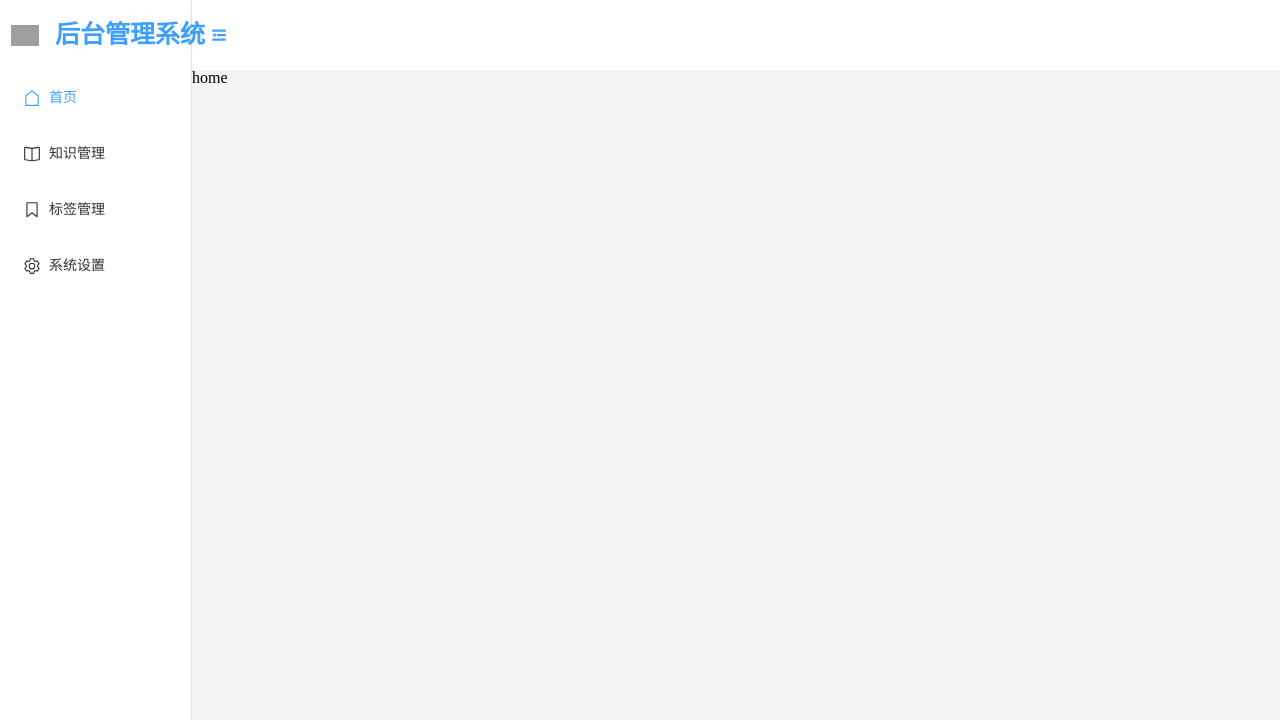
Repository: serrrN/admin
Page: /
An editor plug-in stored every save of this project. The page is shown before and after the next save, followed by the edit.
The browser window is 1280 px wide. The pictures show the whole page.
Pictures or frames that could not be fetched are drawn as grey boxes. The project was rebuilt for these pictures with package versions that can differ from the ones it lists, and the page was loaded fresh each time. Also part of the build but not shown: vite.config.ts, src/styles/index.scss.

Above is the page before, as saved 2024-06-05 17:19:40.

### src/main.ts
import { createApp } from 'vue'
import App from './App.vue'
import ElementPlus from 'element-plus'
import zhCn from 'element-plus/es/locale/lang/zh-cn'
import * as ElementPlusIconsVue from '@element-plus/icons-vue'
import router from './router'
import 'reset-css'
import './styles/index.scss'
import pinia from '@/store/index'
const app = createApp(App)
for (const [key, component] of Object.entries(ElementPlusIconsVue)) {
  app.component(key, component)
}
app.use(pinia)
app.use(ElementPlus, { locale: zhCn })
app.use(router)
app.mount('#app')

### src/App.vue
<script setup lang="ts"></script>

<template>
  <router-view></router-view>
</template>

<style>
* {
  box-sizing: border-box;
}
#app,
html,
body {
  width: 100%;
  height: 100%;
}
</style>

### src/router/index.ts
import { createRouter, createWebHistory } from 'vue-router'
import routes from './routes'
const router = createRouter({
  history: createWebHistory(),
  routes,
})
export default router

### src/router/routes.ts
const routes = [
  {
    path: '/',
    name: 'home',
    redirect: '/home',
    component: () => import('@/layout/index.vue'),
    children: [
      {
        path: '/home',
        component: () => import('@/views/home/index.vue'),
      },
      {
        path: '/knowledgeManage',
        component: () => import('@/views/knowledgeManage/index.vue'),
      },
      {
        path: '/tagManage',
        component: () => import('@/views/tagManage/index.vue'),
      },
      {
        path: "/systemSetting",
        component:()=>import("@/views/systemSetting/index.vue")
      }
    ],
  },
]

export default routes

### src/styles/variable.scss
//主题色
$theme-color:rgb(64, 158, 255);

// 布局容器左边宽度
$layout-container-left-max-width:15%;

// 布局容器左边塌陷后宽度
$layout-container-left-min-width:3.79%;

// 布局容器头部高度
$layout-container-header-height:70px;

### src/layout/index.vue
<template>
  <div class="layout-container">
    <div :class="systemStore.isCollapse?'left left-collapse':'left'" >
      <Menu />
    </div>
    <div :class="systemStore.isCollapse?'right right-collapse':'right'">
      <div class="header"><Header /></div>
      <div class="main"><Main/></div>
    </div>
  </div>
</template>

<script lang="ts" setup>
import Menu from './menu/index.vue'
import Header from './header/index.vue'
import Main from './main/index.vue'

import {useSystemStore} from "@/store/modules/system"
const systemStore = useSystemStore()
</script>

<style scoped lang="scss">
.layout-container {
  width: 100%;
  height: 100%;
  display: flex;
  background-color: #f3f3f3;
  .left {
    height: 100%;
    width: $layout-container-left-max-width;
    transition: all linear 0.5s;
  }
  .left-collapse{
    width:$layout-container-left-min-width;
  }
  .right {
    width: calc(100% - $layout-container-left-max-width);
    transition: all linear 0.5s;
    .header {
      width: 100%;
      height: $layout-container-header-height;
      display: flex;
      justify-content:flex-end;
      background-color: white;
    }
    .main {
      height: calc(100% - $layout-container-header-height);
      width: calc(100%);
    }
  }
  .right-collapse{
    width:calc(100% - $layout-container-left-min-width);
  }

}
</style>

### src/views/home/index.vue
<template>
home
</template>
<script setup lang="ts">

</script>
<style lang="scss" scoped>

</style>

### src/layout/menu/index.vue
<template>
  <el-menu
    default-active="home"
    :class="systemStore.isCollapse?'el-menu-vertical-collapse':'el-menu-vertical'"
    :collapse="systemStore.isCollapse"
    :router="true"
    collapse-transition
    @open="handleOpen"
    @close="handleClose"
  >
    <div class="header">
      <div class="manage-msg" v-show="!systemStore.isCollapse">
        <div class="logo-wrapped">
          <img src="/vite.svg" class="logo" alt="Vite logo" />
        </div>
        <div class="name">后台管理系统</div>
      </div>
      <div class="fold-icon-wrapped" @click="handleCollapse">
        <el-icon size="18" color="rgb(64, 158, 255)">
          <component :is="systemStore.isCollapse?'Expand':'Fold'"></component>
        </el-icon>
      </div>
    </div>

    <el-menu-item index="home">
      <el-icon><House /></el-icon>
      <template #title>首页</template>
    </el-menu-item>
    <el-menu-item index="knowledgeManage">
      <el-icon><reading /></el-icon>
      <template #title>知识管理</template>
    </el-menu-item>
    <el-menu-item index="tagManage">
      <el-icon><CollectionTag /></el-icon>
      <template #title>标签管理</template>
    </el-menu-item>
    <el-menu-item index="systemSetting">
      <el-icon><setting /></el-icon>
      <template #title>系统设置</template>
    </el-menu-item>
  </el-menu>
</template>

<script lang="ts" setup>
import {useSystemStore} from "@/store/modules/system"
const systemStore = useSystemStore()

const handleOpen = (key: string, keyPath: string[]) => {
  console.log(key, keyPath)
}
const handleClose = (key: string, keyPath: string[]) => {
  console.log(key, keyPath)
}
const handleCollapse = () => {
  systemStore.isCollapse = !systemStore.isCollapse

}
</script>

<style lang="scss" scoped>
.el-menu {
  height: 100%;
  // 管理系统菜单头部(展示名字和logo)
  .header {
    display: flex;
    height: 70px;
    line-height: 70px;
    justify-content: space-between;
    transition: all 1s;
    //管理系统信息
    .manage-msg {
      display: flex;
      // logo容器
      .logo-wrapped {
        line-height: 50px;
        height: 100%;
        display: flex;
        align-items: center;
        justify-content: center;
        width: 50px;
        .logo {
          width: 28px;
        }
      }
      // 管理系统名称
      .name {
        text-align: center;
        font-size: 25px;
        width: 160px;
        color: $theme-color;
        font-weight: 600;
      }
    }

    // 折叠图标容器
    .fold-icon-wrapped {
      width: 100%;
      display: flex;
      align-items: center;
      justify-content: center;
    }
  }

  //菜单名称
  .el-menu-item span {
    color: rgb(48, 49, 51);
    font-weight: 400;
    font-size: 17px;
    line-height: 56px;
    font-family: 'Helvetica Neue', Helvetica, 'PingFang SC', 'Hiragino';
  }
}
// 菜单不处于塌陷状态
.el-menu-vertical:not(.el-menu--collapse) {
  width: 100%;
  min-height: 100%;
  min-width: 20%;
}


</style>

### src/layout/header/index.vue
<template>
  <Menu/>
</template>
<script setup lang="ts">
// import Tabs from './tabs/index.vue'
import Menu from './menu/index.vue'
</script>
<style lang="scss" scoped></style>

### src/layout/main/index.vue
<template>
  <router-view></router-view>
</template>
<script setup lang="ts"></script>
<style lang="scss" scoped></style>

### src/store/modules/system.ts
import { defineStore } from 'pinia'
import { ref } from 'vue'
export const useSystemStore = defineStore('system', () => {
  const isCollapse = ref(false)

  return { isCollapse }
})

### src/layout/header/menu/index.vue
<template>
  <div class="header-menu"></div>
</template>
<script setup lang="ts"></script>
<style lang="scss" scoped>
.header-menu {
  width: 240px;
  height: 60px;

  background-image: linear-gradient(
      90deg,
      #00c0ff 0%,
      #ffcf00 49%,
      #fc4f4f 80%,
      #00c0ff 100%
    );
  display: flex;
  justify-content: center;
  align-items: center;
  cursor: pointer;
  position: relative; /* 创建堆叠上下文 */
  transition: all linear 0.3s;
  margin-right: 10px;
  margin-top: 10px;
  z-index: 1; /* 确保在伪元素之上 */
  opacity: 0; /* 默认隐藏 */
  /* 伪元素用来生成背景效果 */
  &::before {
    content: '';
    position: absolute;
    top: 0;
    left: 0;
    width: 100%;
    height: 100%;
    background-color: black;
    z-index: -1; /* 低于 .header-menu 的 z-index */

    transition: opacity 0.3s linear; /* 过渡效果 */
  }

  &:hover {
    opacity: 1; /* 悬停时显示 */
  }
}



</style>

Loaded but not shown: index.html (common file); src/store/index.ts (common file)

After the next save:
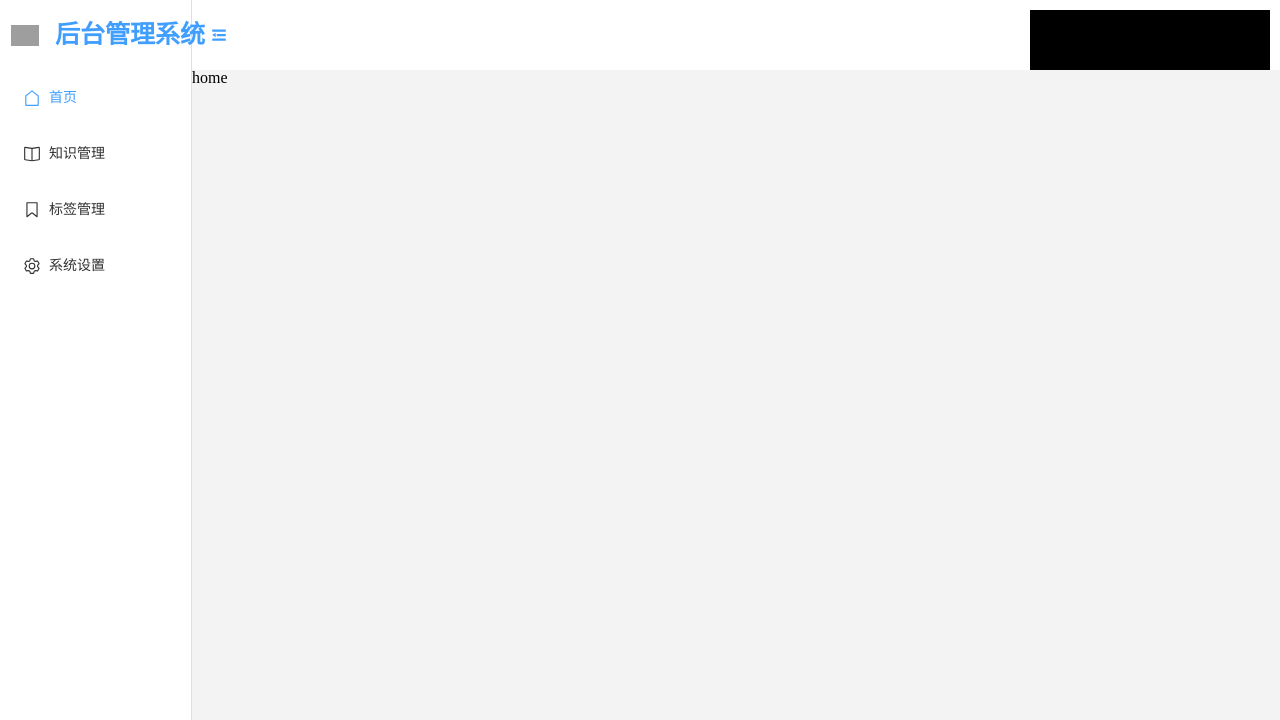
Saved 20 s later.
--- a/src/layout/header/menu/index.vue
+++ b/src/layout/header/menu/index.vue
@@ -6,14 +6,7 @@
 .header-menu {
   width: 240px;
   height: 60px;
-
-  background-image: linear-gradient(
-      90deg,
-      #00c0ff 0%,
-      #ffcf00 49%,
-      #fc4f4f 80%,
-      #00c0ff 100%
-    );
+  background-color: black;
   display: flex;
   justify-content: center;
   align-items: center;
@@ -23,7 +16,7 @@
   margin-right: 10px;
   margin-top: 10px;
   z-index: 1; /* 确保在伪元素之上 */
-  opacity: 0; /* 默认隐藏 */
+
   /* 伪元素用来生成背景效果 */
   &::before {
     content: '';
@@ -32,13 +25,19 @@
     left: 0;
     width: 100%;
     height: 100%;
-    background-color: black;
+    background-image: linear-gradient(
+      90deg,
+      #00c0ff 0%,
+      #ffcf00 49%,
+      #fc4f4f 80%,
+      #00c0ff 100%
+    );
     z-index: -1; /* 低于 .header-menu 的 z-index */
-
+    opacity: 0; /* 默认隐藏 */
     transition: opacity 0.3s linear; /* 过渡效果 */
   }
 
-  &:hover {
+  &:hover::before {
     opacity: 1; /* 悬停时显示 */
   }
 }
